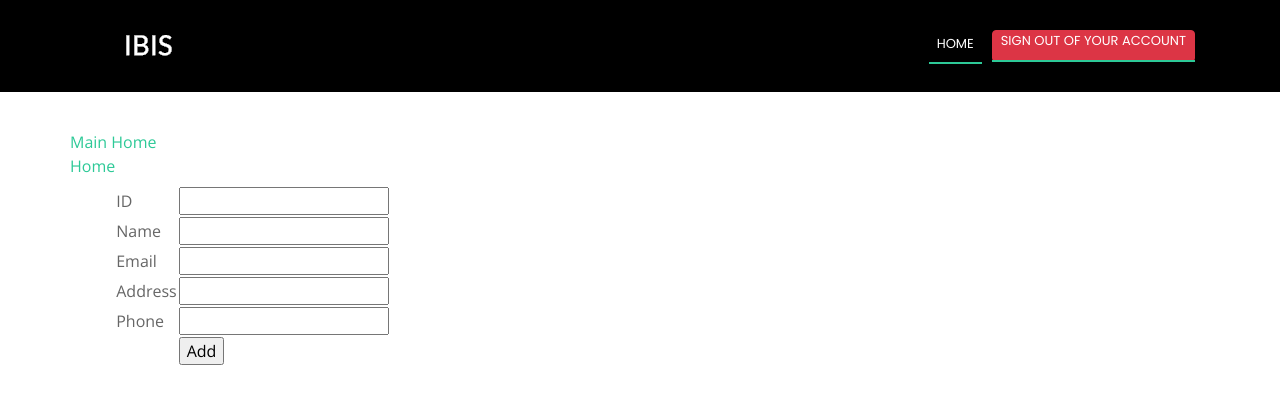
Repository: bhavrishi/Php_Internship_System
Page: http://localhost/ibis/admin/companies/add_cm.php
The author's editor kept a record of every edit. The page is drawn from the files as they stood at one moment, then again after the next edit.
The browser window is 1280 px wide. The pictures show the whole page.
The page is run by PHP 8.4 with error messages shown; the project is at /var/www/html/. The session is filled in as if someone had signed in: {"username": "testuser"}. Other server files are loaded and not shown.

Above is the page before.

### workspace/ibis/admin/companies/add_cm.php



<?php
//including the database connection file
include_once("config.php");

// Initialize the session
session_start();

// If session variable is not set it will redirect to login page
if(!isset($_SESSION['username']) || empty($_SESSION['username'])){
 header("location: ../login.php");
 exit;
}

//fetching data in descending order (lastest entry first)
//$result = mysql_query("SELECT * FROM users ORDER BY id DESC"); // mysql_query is deprecated
//$result = mysqli_query($mysqli, "SELECT * FROM companies ORDER BY company_id DESC"); // using mysqli_query instead
?>


<html>
<head>
	<title>View Companies</title>
		<meta charset="utf-8">
  <meta content="width=device-width, initial-scale=1.0" name="viewport">
  <meta content="" name="keywords">
  <meta content="" name="description">

  <!-- Favicons -->
  <link href="../../img/favicon.png" rel="icon">
  <link href="../..img/apple-touch-icon.png" rel="apple-touch-icon">

  <!-- Google Fonts -->
  <link href="https://fonts.googleapis.com/css?family=Open+Sans:300,300i,400,400i,700,700i|Poppins:300,400,500,700" rel="stylesheet">

  <!-- Bootstrap CSS File -->
  <link href="../../lib/bootstrap/css/bootstrap.min.css" rel="stylesheet">

  <!-- Libraries CSS Files -->
  <link href="../../lib/font-awesome/css/font-awesome.min.css" rel="stylesheet">
  <link href="../../lib/animate/animate.min.css" rel="stylesheet">

  <!-- Main Stylesheet File -->
  <link href="../style.css" rel="stylesheet">
</head>

<body>


	 <!--==========================
  Header
  ============================-->
  <header id="header">
    <div class="container">

      <div id="logo" class="pull-left">
        <a href="#"><img src="../../img/logo.png" alt="" title="" /></img></a>
        <!-- Uncomment below if you prefer to use a text logo -->
        <!--<h1><a href="#hero">Regna</a></h1>-->
      </div>
      <nav id="nav-menu-container">
        <ul class="nav-menu">
          <li class="menu-active"><a href="../">Home</a></li>
          <li class="menu-active"><a href="../logout.php" class="btn btn-danger">Sign Out of Your Account</a></li>
        </ul>
      </nav><!-- #nav-menu-container -->
    </div>
  </header><!-- #header -->

	<main id="main">

    <section id="about">
      <div class="container">
      	<div class="row">
      		<a href="/ibis"> Main Home</a>
      	</div>
        <div class="row about-container">

	<a href="../main.php">Home</a>
	<br/><br/>

	<form action="add.php" method="post" name="form1">
		<table width="90%" border="0">
			<tr>
				<td>ID</td>
				<td><input type="text" name="company_id"></td>
			</tr>
				<tr>
				<td>Name</td>
				<td><input type="text" name="company_name"></td>
			</tr>
			<tr>
				<td>Email</td>
				<td><input type="text" name="company_email"></td>
			</tr>
			<tr>
				<td>Address</td>
				<td><input type="text" name="comapny_address"></td>
			</tr>
				<tr>
				<td>Phone</td>
				<td><input type="text" name="company_phone"></td>
			</tr>
			<tr>
				<td></td>
				<td><input type="submit" name="Submit" value="Add"></td>
			</tr>
		</table>
	</form>

	</main>
	</section>
	</div>
	</div>
</body>
</html>

### workspace/ibis/admin/companies/config.php
<?php
/*
// mysql_connect("database-host", "username", "password")
$conn = mysql_connect("localhost","root","root")
			or die("cannot connected");

// mysql_select_db("database-name", "connection-link-identifier")
@mysql_select_db("test",$conn);
*/

/**
 * mysql_connect is deprecated
 * using mysqli_connect instead
 */

$databaseHost = 'localhost';
$databaseName = 'Ibis';
$databaseUsername = 'sambuahin';
$databasePassword = '';

$mysqli = mysqli_connect($databaseHost, $databaseUsername, $databasePassword, $databaseName);

?>

### workspace/ibis/admin/style.css
.wrapper{
  width: 300px;
  margin: auto;
}
/*--------------------------------------------------------------
# General
--------------------------------------------------------------*/
form {
    margin-top: 2em;
}
.don{
  margin-top: 30px!important;
  width:100%;
  margin-bottom: 10px;
}
body {
  background: #fff;
  color: #666666;
  font-family: "Open Sans", sans-serif;
}
.con{
  width: 50%;
  margin: auto;
}
.mai{
  height: 100vh;
}
a {
  color: #2dc997;
}

a:hover, a:active, a:focus {
  color: #2dca98;
  outline: none;
  text-decoration: none;
}

p {
  padding: 0;
  margin: 0 0 30px 0;
}

h1, h2, h3, h4, h5, h6 {
  font-family: "Poppins", sans-serif;
  font-weight: 400;
  margin: 0 0 20px 0;
  padding: 0;
}

/* Prelaoder */
#preloader {
  position: fixed;
  left: 0;
  top: 0;
  z-index: 999;
  width: 100%;
  height: 100%;
  overflow: visible;
  background: #fff url("../img/preloader.svg") no-repeat center center;
}

/* Back to top button */
.back-to-top {
  position: fixed;
  display: none;
  background: rgba(0, 0, 0, 0.2);
  color: #fff;
  padding: 6px 12px 9px 12px;
  font-size: 16px;
  border-radius: 2px;
  right: 15px;
  bottom: 15px;
  transition: background 0.5s;
}

@media (max-width: 768px) {
  .back-to-top {
    bottom: 15px;
  }
}

.back-to-top:focus {
  background: rgba(0, 0, 0, 0.2);
  color: #fff;
  outline: none;
}

.back-to-top:hover {
  background: #2dc997;
  color: #fff;
}

/*--------------------------------------------------------------
# Header
--------------------------------------------------------------*/
#header {
  padding: 30px 0;
  height: 92px;
  position: fixed;
  left: 0;
  top: 0;
  right: 0;
  transition: all 0.5s;
  z-index: 997;

      background-color: #000000;
}

#header #logo {
  float: left;
}

#header #logo h1 {
  font-size: 36px;
  margin: 0;
  padding: 6px 0;
  line-height: 1;
  font-family: "Poppins", sans-serif;
  font-weight: 700;
  letter-spacing: 3px;
  text-transform: uppercase;
}

#header #logo h1 a, #header #logo h1 a:hover {
  color: #fff;
}

#header #logo img {
  padding: 0;
  margin: 0;
}

@media (max-width: 768px) {
  #header #logo h1 {
    font-size: 26px;
  }
  #header #logo img {
    max-height: 40px;
  }
}

#header.header-fixed {
  background: rgba(52, 59, 64, 0.9);
  padding: 20px 0;
  height: 72px;
  transition: all 0.5s;
}

/*--------------------------------------------------------------
# Hero Section
--------------------------------------------------------------*/
#hero {
  display: table;
  width: 100%;
  height: 100vh;
  background: url(../img/hero-bg.jpg) top center fixed;
  background-size: cover;
}

#hero .hero-container {
  background: rgba(0, 0, 0, 0.6);
  display: table-cell;
  margin: 0;
  padding: 0 10px;
  text-align: center;
  vertical-align: middle;
}

#hero h1 {
  margin: 30px 0 10px 0;
  font-size: 48px;
  font-weight: 700;
  line-height: 56px;
  text-transform: uppercase;
  color: #fff;
}

@media (max-width: 768px) {
  #hero h1 {
    font-size: 28px;
    line-height: 36px;
  }
}

#hero h2 {
  color: #eee;
  margin-bottom: 50px;
  font-size: 24px;
}

@media (max-width: 768px) {
  #hero h2 {
    font-size: 18px;
    line-height: 24px;
    margin-bottom: 30px;
  }
}

#hero .btn-get-started {
  font-family: "Poppins", sans-serif;
  text-transform: uppercase;
  font-weight: 500;
  font-size: 16px;
  letter-spacing: 1px;
  display: inline-block;
  padding: 8px 28px;
  border-radius: 50px;
  transition: 0.5s;
  margin: 10px;
  border: 2px solid #fff;
  color: #fff;
}

#hero .btn-get-started:hover {
  background: #2dc997;
  border: 2px solid #2dc997;
}

/*--------------------------------------------------------------
# Navigation Menu
--------------------------------------------------------------*/
/* Nav Menu Essentials */
.nav-menu, .nav-menu * {
  margin: 0;
  padding: 0;
  list-style: none;
}

.nav-menu ul {
  position: absolute;
  display: none;
  top: 100%;
  left: 0;
  z-index: 99;
}

.nav-menu li {
  position: relative;
  white-space: nowrap;
}

.nav-menu > li {
  float: left;
}

.nav-menu li:hover > ul,
.nav-menu li.sfHover > ul {
  display: block;
}

.nav-menu ul ul {
  top: 0;
  left: 100%;
}

.nav-menu ul li {
  min-width: 180px;
}

/* Nav Menu Arrows */
.sf-arrows .sf-with-ul {
  padding-right: 30px;
}

.sf-arrows .sf-with-ul:after {
  content: "\f107";
  position: absolute;
  right: 15px;
  font-family: FontAwesome;
  font-style: normal;
  font-weight: normal;
}

.sf-arrows ul .sf-with-ul:after {
  content: "\f105";
}

/* Nav Meu Container */
#nav-menu-container {
  float: right;
  margin: 0;
}

@media (max-width: 768px) {
  #nav-menu-container {
    display: none;
  }
}

/* Nav Meu Styling */
.nav-menu a {
  padding: 0 8px 10px 8px;
  text-decoration: none;
  display: inline-block;
  color: #fff;
  font-family: "Poppins", sans-serif;
  font-weight: 400;
  text-transform: uppercase;
  font-size: 13px;
  outline: none;
}

.nav-menu > li {
  margin-left: 10px;
}

.nav-menu > li > a:before {
  content: "";
  position: absolute;
  width: 100%;
  height: 2px;
  bottom: 0;
  left: 0;
  background-color: #2dc997;
  visibility: hidden;
  -webkit-transform: scaleX(0);
  transform: scaleX(0);
  -webkit-transition: all 0.3s ease-in-out 0s;
  transition: all 0.3s ease-in-out 0s;
}

.nav-menu a:hover:before, .nav-menu li:hover > a:before, .nav-menu .menu-active > a:before {
  visibility: visible;
  -webkit-transform: scaleX(1);
  transform: scaleX(1);
}

.nav-menu ul {
  margin: 4px 0 0 0;
  border: 1px solid #e7e7e7;
}

.nav-menu ul li {
  background: #fff;
}

.nav-menu ul li:first-child {
  border-top: 0;
}

.nav-menu ul li a {
  padding: 10px;
  color: #333;
  transition: 0.3s;
  display: block;
  font-size: 13px;
  text-transform: none;
}

.nav-menu ul li a:hover {
  background: #2dc997;
  color: #fff;
}

.nav-menu ul ul {
  margin: 0;
}

/* Mobile Nav Toggle */
#mobile-nav-toggle {
  position: fixed;
  right: 0;
  top: 0;
  z-index: 999;
  margin: 20px 20px 0 0;
  border: 0;
  background: none;
  font-size: 24px;
  display: none;
  transition: all 0.4s;
  outline: none;
  cursor: pointer;
}

#mobile-nav-toggle i {
  color: #fff;
}

@media (max-width: 768px) {
  #mobile-nav-toggle {
    display: inline;
  }
}

/* Mobile Nav Styling */
#mobile-nav {
  position: fixed;
  top: 0;
  padding-top: 18px;
  bottom: 0;
  z-index: 998;
  background: rgba(52, 59, 64, 0.9);
  left: -260px;
  width: 260px;
  overflow-y: auto;
  transition: 0.4s;
}

#mobile-nav ul {
  padding: 0;
  margin: 0;
  list-style: none;
}

#mobile-nav ul li {
  position: relative;
}

#mobile-nav ul li a {
  color: #fff;
  font-size: 16px;
  overflow: hidden;
  padding: 10px 22px 10px 15px;
  position: relative;
  text-decoration: none;
  width: 100%;
  display: block;
  outline: none;
}

#mobile-nav ul li a:hover {
  color: #fff;
}

#mobile-nav ul li li {
  padding-left: 30px;
}

#mobile-nav ul .menu-has-children i {
  position: absolute;
  right: 0;
  z-index: 99;
  padding: 15px;
  cursor: pointer;
  color: #fff;
}

#mobile-nav ul .menu-has-children i.fa-chevron-up {
  color: #2dc997;
}

#mobile-nav ul .menu-item-active {
  color: #2dc997;
}

#mobile-body-overly {
  width: 100%;
  height: 100%;
  z-index: 997;
  top: 0;
  left: 0;
  position: fixed;
  background: rgba(52, 59, 64, 0.9);
  display: none;
}

/* Mobile Nav body classes */
body.mobile-nav-active {
  overflow: hidden;
}

body.mobile-nav-active #mobile-nav {
  left: 0;
}

body.mobile-nav-active #mobile-nav-toggle {
  color: #fff;
}

/*--------------------------------------------------------------
# Sections
--------------------------------------------------------------*/
/* Sections Header
--------------------------------*/
.section-header .section-title {
  font-size: 32px;
  color: #111;
  text-transform: uppercase;
  text-align: center;
  font-weight: 700;
  margin-bottom: 5px;
}

.section-header .section-description {
  text-align: center;
  padding-bottom: 40px;
  color: #999;
}

/* About Us Section
--------------------------------*/
#about {
  background: #fff;
  padding: 130px 0;
}

#about .about-container .background {
  min-height: 300px;
  background: url(../img/about-img.jpg) center top no-repeat;
  margin-bottom: 10px;
}

#about .about-container .content {
  background: #fff;
}

#about .about-container .title {
  color: #333;
  font-weight: 700;
  font-size: 32px;
}

@media (max-width: 768px) {
  #about .about-container .title {
    padding-top: 15px;
  }
}

#about .about-container p {
  line-height: 26px;
}

#about .about-container p:last-child {
  margin-bottom: 0;
}

#about .about-container .icon-box {
  background: #fff;
  background-size: cover;
  padding: 0 0 30px 0;
}

#about .about-container .icon-box .icon {
  float: left;
  background: #fff;
  padding: 16px;
  border-radius: 50%;
  border: 2px solid #2dc997;
}

#about .about-container .icon-box .icon i {
  color: #2dc997;
  font-size: 24px;
}

#about .about-container .icon-box .title {
  margin-left: 80px;
  font-weight: 500;
  margin-bottom: 5px;
  font-size: 18px;
  text-transform: uppercase;
}

#about .about-container .icon-box .title a {
  color: #111;
}

#about .about-container .icon-box .description {
  margin-left: 80px;
  line-height: 24px;
  font-size: 14px;
}

/* Facts Section
--------------------------------*/
#facts {
  background: #f7f7f7;
  padding: 80px 0 60px 0;
}

#facts .counters span {
  font-size: 48px;
  display: block;
  color: #2dc997;
}

#facts .counters p {
  padding: 0;
  margin: 0 0 20px 0;
  font-family: "Poppins", sans-serif;
  font-size: 14px;
}

/* Services Section
--------------------------------*/
#services {
  background: #fff;
  background-size: cover;
  padding: 100px 0 60px 0;
  min-height: 90vh;

}

#services .box {
  padding: 50px 20px;
  margin-bottom: 50px;
  text-align: center;
  border: 1px solid #e6e6e6;
  height: 200px;
  position: relative;
  background: #fafafa;
}

#services .icon {
  position: absolute;
  top: -36px;
  left: calc(50% - 36px);
  transition: 0.2s;
  border-radius: 50%;
  display: inline-block;
  border: 6px solid #fff;
}

#services .icon a {
  display: inline-block;
  background: #2dc997;
  border: 2px solid #2dc997;
  padding: 16px;
  border-radius: 50%;
  transition: 0.3s;
}

#services .icon i {
  color: #fff;
  font-size: 24px;
}

#services .box:hover .icon i {
  color: #2dc997;
}

#services .box:hover .icon a {
  color: #2dc997;
  background: #fff;
}

#services .title {
  font-weight: 700;
  font-size: 18px;
  margin-bottom: 15px;
  text-transform: uppercase;
}

#services .title a {
  color: #111;
}

#services .description {
  font-size: 14px;
  line-height: 24px;
}

/* Call To Action Section
--------------------------------*/
#call-to-action {
  background: linear-gradient(rgba(0, 0, 0, 0.6), rgba(0, 0, 0, 0.6)), url(../img/call-to-action-bg.jpg) fixed center center;
  background-size: cover;
  padding: 80px 0;
}

#call-to-action .cta-title {
  color: #fff;
  font-size: 28px;
  font-weight: 700;
}

#call-to-action .cta-text {
  color: #fff;
}

@media (min-width: 769px) {
  #call-to-action .cta-btn-container {
    display: flex;
    align-items: center;
    justify-content: flex-end;
  }
}

#call-to-action .cta-btn {
  font-family: "Poppins", sans-serif;
  text-transform: uppercase;
  font-weight: 500;
  font-size: 16px;
  letter-spacing: 1px;
  display: inline-block;
  padding: 8px 30px;
  border-radius: 50px;
  transition: 0.5s;
  margin: 10px;
  border: 2px solid #fff;
  color: #fff;
}

#call-to-action .cta-btn:hover {
  background: #2dc997;
  border: 2px solid #2dc997;
}

/* Portfolio Section
--------------------------------*/
#portfolio {
  background: #f7f7f7;
  padding: 80px 0;
}

#portfolio #portfolio-wrapper {
  padding-right: 15px;
}

#portfolio #portfolio-flters {
  padding: 0;
  margin: 0 0 45px 0;
  list-style: none;
  text-align: center;
}

#portfolio #portfolio-flters li {
  cursor: pointer;
  margin: 0 10px;
  display: inline-block;
  padding: 10px 22px;
  font-size: 12px;
  line-height: 20px;
  color: #666666;
  border-radius: 4px;
  text-transform: uppercase;
  background: #fff;
  margin-bottom: 5px;
  transition: all 0.3s ease-in-out;
}

#portfolio #portfolio-flters li:hover, #portfolio #portfolio-flters li.filter-active {
  background: #2dc997;
  color: #fff;
}

#portfolio .portfolio-item {
  position: relative;
  height: 200px;
  overflow: hidden !important;
  margin-bottom: 15px;
  transition: all 350ms ease;
  transform: scale(1);
}

#portfolio .portfolio-item a {
  display: block;
  margin-right: 15px;
}

#portfolio .portfolio-item img {
  position: relative;
  top: 0;
  transition: all 600ms cubic-bezier(0.645, 0.045, 0.355, 1);
}

#portfolio .portfolio-item .details {
  height: 50px;
  background: #2dc997;
  position: absolute;
  width: 100%;
  height: 50px;
  bottom: -50px;
  transition: all 300ms cubic-bezier(0.645, 0.045, 0.355, 1);
}

#portfolio .portfolio-item .details h4 {
  font-size: 14px;
  font-weight: 700;
  color: #fff;
  padding: 8px 0 2px 8px;
  margin: 0;
}

#portfolio .portfolio-item .details span {
  display: block;
  color: #fff;
  font-size: 13px;
  padding-left: 8px;
}

#portfolio .portfolio-item:hover .details {
  bottom: 0;
}

#portfolio .portfolio-item:hover img {
  top: -30px;
}

/* Team Section
--------------------------------*/
#team {
  background: #fff;
  padding: 80px 0 60px 0;
}

#team .member {
  text-align: center;
  margin-bottom: 20px;
}

#team .member .pic {
  margin-bottom: 15px;
  overflow: hidden;
  height: 260px;
}

#team .member .pic img {
  max-width: 100%;
}

#team .member h4 {
  font-weight: 700;
  margin-bottom: 2px;
  font-size: 18px;
}

#team .member span {
  font-style: italic;
  display: block;
  font-size: 13px;
}

#team .member .social {
  margin-top: 15px;
}

#team .member .social a {
  color: #b3b3b3;
}

#team .member .social a:hover {
  color: #2dc997;
}

#team .member .social i {
  font-size: 18px;
  margin: 0 2px;
}

/* Contact Section
--------------------------------*/
#contact {
  background: #f7f7f7;
  padding: 120px 0 40px 0;
}

#contact #google-map {
  height: 300px;
  margin-bottom: 70px;
}

#contact .info {
  color: #333333;
}

#contact .info i {
  font-size: 32px;
  color: #2dc997;
  float: left;
}

#contact .info p {
  padding: 0 0 10px 50px;
  margin-bottom: 20px;
  line-height: 22px;
  font-size: 14px;
}

#contact .info .email p {
  padding-top: 5px;
}

#contact .social-links {
  padding-bottom: 20px;
}

#contact .social-links a {
  font-size: 18px;
  display: inline-block;
  background: #333;
  color: #fff;
  line-height: 1;
  padding: 8px 0;
  border-radius: 50%;
  text-align: center;
  width: 36px;
  height: 36px;
  transition: 0.3s;
}

#contact .social-links a:hover {
  background: #2dc997;
  color: #fff;
}

#contact .form #sendmessage {
  color: #2dc997;
  border: 1px solid #2dc997;
  display: none;
  text-align: center;
  padding: 15px;
  font-weight: 600;
  margin-bottom: 15px;
}

#contact .form #errormessage {
  color: red;
  display: none;
  border: 1px solid red;
  text-align: center;
  padding: 15px;
  font-weight: 600;
  margin-bottom: 15px;
}

#contact .form #sendmessage.show, #contact .form #errormessage.show, #contact .form .show {
  display: block;
}

#contact .form .validation {
  color: red;
  display: none;
  margin: 0 0 20px;
  font-weight: 400;
  font-size: 13px;
}

#contact .form input, #contact .form textarea {
  border-radius: 0;
  box-shadow: none;
  font-size: 14px;
}

#contact .form button[type="submit"] {
  background: #2dc997;
  border: 0;
  padding: 10px 24px;
  color: #fff;
  transition: 0.4s;
}

#contact .form button[type="submit"]:hover {
  background: #51d8ad;
}

/*--------------------------------------------------------------
# Footer
--------------------------------------------------------------*/
#footer {
  background: #343b40;
  padding: 30px 0;
  color: #fff;
  font-size: 14px;
}

#footer .copyright {
  text-align: center;
}

#footer .credits {
  padding-top: 10px;
  text-align: center;
  font-size: 13px;
  color: #ccc;
}

Loaded but not shown: workspace/ibis/lib/bootstrap/css/bootstrap.min.css (library); workspace/ibis/lib/font-awesome/css/font-awesome.min.css (library); workspace/ibis/lib/animate/animate.min.css (library)

After the next edit:
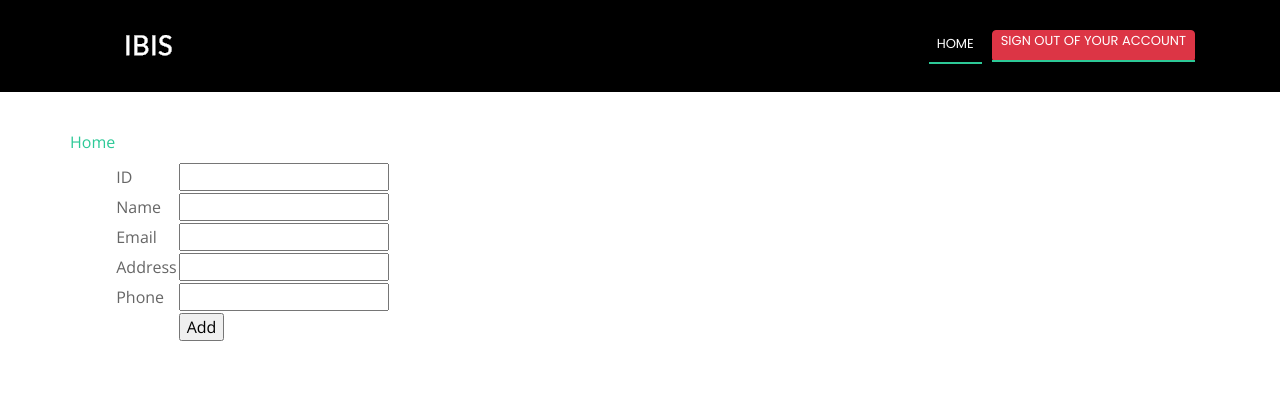
The edit:
--- a/workspace/ibis/admin/companies/add_cm.php
+++ b/workspace/ibis/admin/companies/add_cm.php
@@ -74,7 +74,7 @@
     <section id="about">
       <div class="container">
       	<div class="row">
-      		<a href="/ibis"> Main Home</a>
+
       	</div>
         <div class="row about-container">
 
